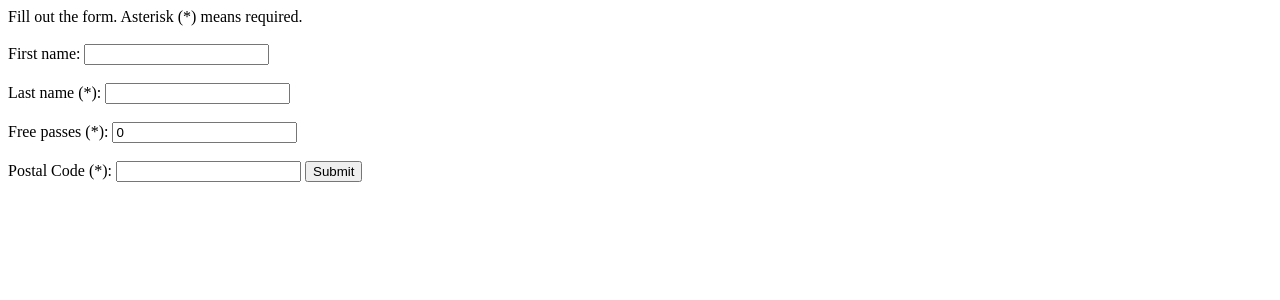
Repository: mayaugusto7/spring-hibernate-review
Page: http://localhost/spring-mvc-demo/customer/showForm
The author's editor kept a copy of each file at every save. The page is drawn from the files as they stood at one save, then again after the next save.
The browser window is 1280 px wide. The pictures show the whole page.
The page is served by Tomcat 9.

Above is the page before, as saved 2020-07-05 15:29:20.

After the next save:
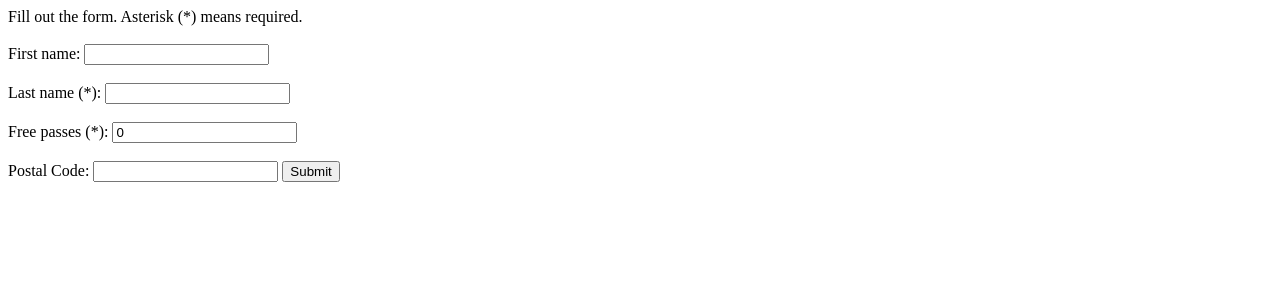
Saved 12 s later.
--- a/spring-mvc-demo/WebContent/WEB-INF/view/customer-form.jsp
+++ b/spring-mvc-demo/WebContent/WEB-INF/view/customer-form.jsp
@@ -35,7 +35,7 @@ Fill out the form. Asterisk (*) means required.
 
 	<br/><br/>
 
-	Postal Code (*): <form:input path="postalCode"/>
+	Postal Code: <form:input path="postalCode"/>
 	<form:errors path="postalCode" cssClass="error"/>
 
 	<input type="submit" value="Submit" />
